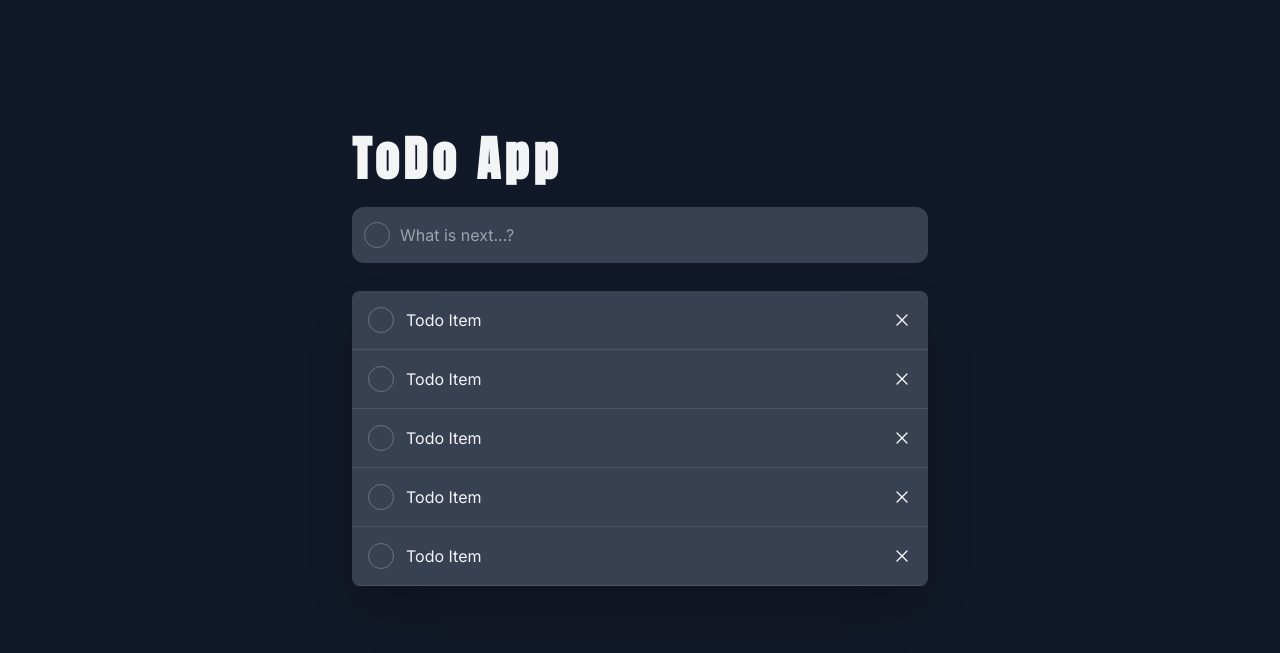
Repository: mvbri/app-todo-fullstack
Page: /
An editor plug-in stored every save of this project. The page is shown before and after a run of saves, followed by the edit.
The browser window is 1280 px wide. The pictures show the whole page.
The project was rebuilt for these pictures with package versions that can differ from the ones it lists, and the page was loaded fresh each time. Also part of the build but not shown: src/App.css.

Above is the page before, as saved 2023-04-09 18:54:39.

### public/index.html
<!DOCTYPE html>
<html lang="en">
	<head>
		<meta charset="utf-8" />
		<link rel="icon" href="%PUBLIC_URL%/favicon.ico" />
		<meta name="viewport" content="width=device-width, initial-scale=1" />
		<meta name="theme-color" content="#000000" />
		<meta
			name="description"
			content="Web site created using create-react-app"
		/>
		<link rel="apple-touch-icon" href="%PUBLIC_URL%/logo192.png" />
		<!--
      manifest.json provides metadata used when your web app is installed on a
      user's mobile device or desktop. See https://developers.google.com/web/fundamentals/web-app-manifest/
    -->
		<link rel="manifest" href="%PUBLIC_URL%/manifest.json" />
		<!--
      Notice the use of %PUBLIC_URL% in the tags above.
      It will be replaced with the URL of the `public` folder during the build.
      Only files inside the `public` folder can be referenced from the HTML.

      Unlike "/favicon.ico" or "favicon.ico", "%PUBLIC_URL%/favicon.ico" will
      work correctly both with client-side routing and a non-root public URL.
      Learn how to configure a non-root public URL by running `npm run build`.
    -->
		<link rel="preconnect" href="https://fonts.googleapis.com" />
		<link rel="preconnect" href="https://fonts.gstatic.com" crossorigin />
		<link
			href="https://fonts.googleapis.com/css2?family=Anton&family=Inter&display=swap"
			rel="stylesheet"
		/>
		<title>React App</title>
	</head>
	<body>
		<noscript>You need to enable JavaScript to run this app.</noscript>
		<div id="root"></div>
		<!--
      This HTML file is a template.
      If you open it directly in the browser, you will see an empty page.

      You can add webfonts, meta tags, or analytics to this file.
      The build step will place the bundled scripts into the <body> tag.

      To begin the development, run `npm start` or `yarn start`.
      To create a production bundle, use `npm run build` or `yarn build`.
    -->
	</body>
</html>

### src/App.js
import './App.css';
import Title from './components/Title';
import TodoInput from './components/TodoInput';
import TodoList from './components/TodoList';
import Todo from './components/Todo';

function App() {
	return (
		<div className='bg-gray-900 min-h-screen h-ful text-gray-100 font-inter flex items-center justify-center py-20 px-5'>
			<div className='container flex flex-col max-w-xl'>
				<Title />
				<TodoInput />
				<TodoList>
					<Todo />
					<Todo />
					<Todo />
					<Todo />
					<Todo />
				</TodoList>
			</div>
		</div>
	);
}

export default App;

### src/components/Title.js
import React from 'react';

function Title() {
	return (
		<h1 className='text-5xl font-anton font-bold tracking-widest'>ToDo App</h1>
	);
}

export default Title;

### src/components/TodoInput.js
import React from 'react';

function TodoInput() {
	return (
		<div className='mt-6 relative'>
			<div className='absolute inset-y-0 left-0 pl-3 flex items-center pointer-events-none'>
				<span className='border border-gray-500 border-solid p-3 rounded-full'></span>
			</div>
			<input
				type='text'
				className='focus:shadow-lg font-inter focus:shadow-blue-800 pl-12 w-full py-4 bg-gray-700 rounded-xl outline-none trasitiona-all duration-300 ease-in-out'
				placeholder='What is next...?'
			></input>
		</div>
	);
}

export default TodoInput;

### src/components/TodoList.js
import React from 'react';
import TodoFilters from './TodoFilters';

function TodoList({ children }) {
	return (
		<div className='flex flex-col mt-7 rounded-lg overflow-hidden shadow-2xl'>
			{children}
			<TodoFilters />
		</div>
	);
}

export default TodoList;

### src/components/Todo.js
import React from 'react';

const Todo = () => {
	return (
		<div className='flex items-center justify-between p-4 bg-gray-700 border-b border-solid border-gray-600'>
			<div className='flex items-center'>
				<span className='border-solid border border-gray-500 rounded-full p-3 cursor-pointer'></span>
				<p className='pl-3'>Todo Item</p>
			</div>
			<img
				className='h-5 w-5 cursor-pointer trasition-all duration-300 ease-in'
				src='./close-icon.svg'
				alt='icon'
			/>
		</div>
	);
};

export default Todo;

### src/components/TodoFilters.js
import React from 'react';
import { FiltersContainer } from './TodoFiltersComponents';
// import { ItemsLeft } from './TodoFiltersComponents';

const TodoFilters = () => {
	return (
		<FiltersContainer>
			<p>Epa</p>
		</FiltersContainer>
	);
};

export default TodoFilters;

### src/components/TodoFiltersComponents.js
export const FiltersContainer = ({ children }) => {
	<div className='flex items-center justify-between p-4 bg-gray-700 border-b border-solid border-gray-600'>
		{children}
	</div>;
};

export const ItemsLeft = ({ total = 0 }) => {
	return <p className='text-gray-400 text-sm'>{total} items left</p>;
};

### tailwind.config.js
/** @type {import('tailwindcss').Config} */
module.exports = {
	content: ['./src/**/*.{js,jsx,ts,tsx}'],
	theme: {
		extend: {
			fontFamily: {
				anton: "'Anton', serif",
				inter: "'Inter', serif",
			},
		},
	},
	plugins: [],
};

Loaded but not shown: src/index.js (common file); src/index.css (common file); src/reportWebVitals.js (common file)

After the next 2 saves:
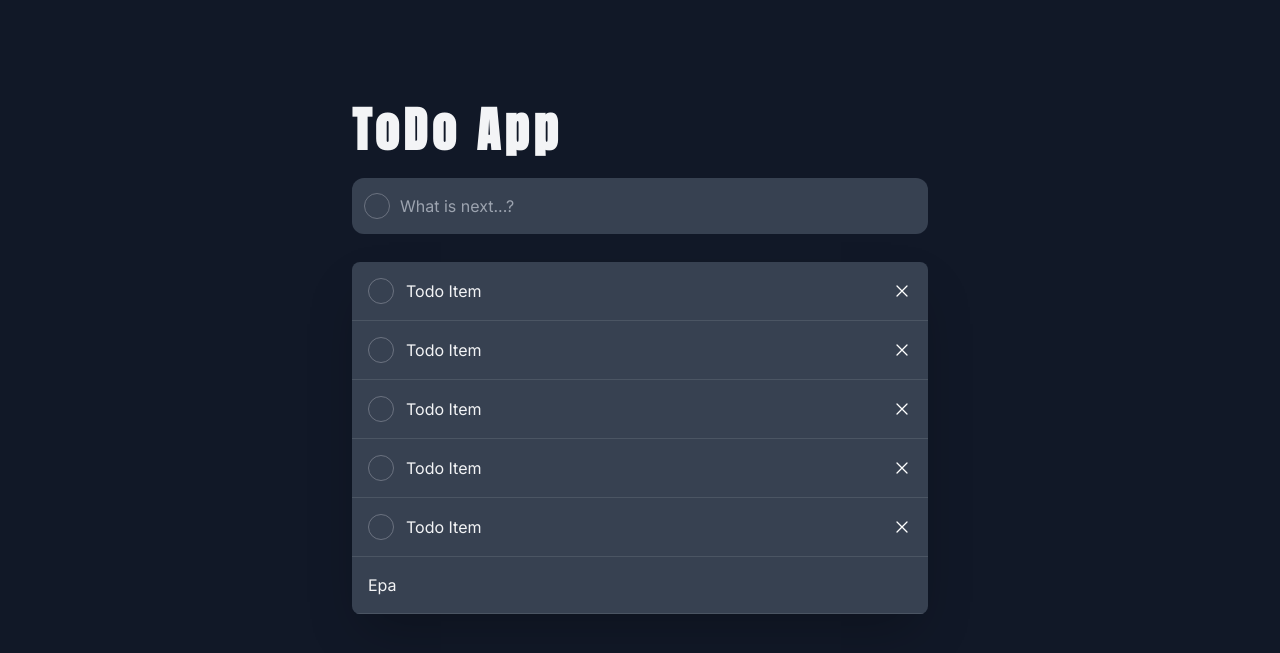
The 2 saves are shown as one change because they came seconds apart.
The last was saved 3 min 36 s later.
--- a/src/components/TodoFiltersComponents.js
+++ b/src/components/TodoFiltersComponents.js
@@ -1,7 +1,9 @@
 export const FiltersContainer = ({ children }) => {
-	<div className='flex items-center justify-between p-4 bg-gray-700 border-b border-solid border-gray-600'>
-		{children}
-	</div>;
+	return (
+		<div className='flex items-center justify-between p-4 bg-gray-700 border-b border-solid border-gray-600'>
+			{children}
+		</div>
+	);
 };
 
 export const ItemsLeft = ({ total = 0 }) => {
